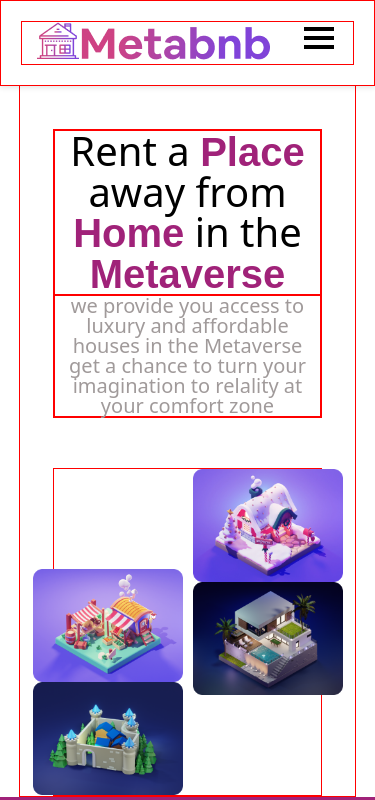
Repository: trenzyfx1/Metabnb
Page: index.html
An editor plug-in stored every save of this project. The page is shown before and after a run of saves, followed by the edit.
The browser window is 375 px wide. The pictures show the whole page.
An inner scrolling area shows only its first screen.

Above is the page before, as saved 2025-05-12 15:20:18.

### index.html
<!DOCTYPE html>
<html lang="en">

<head>
    <meta charset="UTF-8">
    <meta name="viewport" content="width=device-width, initial-scale=1.0">
    <link rel="stylesheet" href="./style.css">
    <link rel="icon" href="/images/Capture.PNG" type="image/x-icon">
    <link rel="stylesheet" href="https://cdnjs.cloudflare.com/ajax/libs/font-awesome/4.7.0/css/font-awesome.min.css">
    <title>Metabnb</title>
</head>

<body>
    <header class="desktop-header">
        <a href="#" class="logo-container">
            <img class="logo" src="./images/logo.png" alt="logo">
        </a>
        <nav>
            <ul class="desktop-menu">
                <li><a class="a" href="home">Home</a></li>
                <li><a class="a" href="place to stay">Place to Stay</a></li>
                <li><a class="a" href="nfts">NFTs</a></li>
                <li><a class="a" href="community">Community</a></li>
            </ul>
        </nav>
        <div>
            <button type="button" class="connect">Connect Wallet</button>
        </div>
    </header>
    <header class="moblie-header">
        <nav class="navbar">
            <div>
                <a href="#" class="logo-container">
                    <img class="logo" src="./images/logo.png" alt="logo">
                </a>
            </div>
            <div class="menu-icon" id="menu-icon">
                <div class="line"></div>
                <div class="line"></div>
                <div class="line"></div>
            </div>
        </nav>
        <nav class="menu" id="menu">
            <ul>
                <li><a class="a" href="">Home</a></li>
                <li><a class="a" href="">Place to Stay</a></li>
                <li><a class="a" href="">NFTs</a></li>
                <li><a class="a" href="">Community</a></li>
            </ul>
            <div>
                <button type="button" class="connect">Connect Wallet</button>
            </div>
        </nav>
    </header>

    <section class="intro-section">
        <div class="body">
            <div class="welcome1">
                <h1 class="welcome">Rent a <span>Place</span> away from <span>Home</span> in the <span>Metaverse</span>
                </h1>
                <p class="p">we provide you access to luxury and affordable houses
                    in the Metaverse get a chance to turn your
                    imagination to relality at your comfort zone
                </p>
            </div>
            <div class="welcome2">
                <h1 class="welcome">Rent a <span>Place</span> away from <span>Home</span> in the <span>Metaverse</span>
                </h1>
                <p class="p">we provide you access to luxury and affordable houses
                    in the Metaverse get a chance to turn your
                    imagination to relality at your comfort zone
                </p>
            </div>
            <div class="input">
                <input type="text" placeholder=" Search for location">
                <button class="search" type="button">search</button>
            </div>
        </div>
        <div class="image-container">
            <div class="image-container1">
                <img src="./images/image1.png" alt="">
                <img src="./images/image3.png" alt="">
            </div>
            <div class="image-container2">
                <img src="./images/image2.png" alt="">
                <img src="./images/image4.png" alt="">
            </div>
        </div>
    </section>
    <section class="partners-section">
        <div class="section">
            <ul class="ul">
                <li>
                    <img class="logo1" src="./images/logo1.png" alt="1">
                    <p>MBToken</p>
                </li>
                <li>
                    <img class="logo2" src="./images/logo2.png" alt="2">
                    <p>METAMASK</p>
                </li>
                <li>
                    <img class="logo3" src="./images/logo3.png" alt="3">
                    <p> OpenSea</p>
                </li>
            </ul>
        </div>
    </section>
    <div class="desertking">
        <h2 class="h2">Inspiration for your next adventure</h2>
        <div class="desertking-cards">
            <div class="frame">
                <div class="heart">
                    <i class="fa fa-heart"></i>
                </div>
                <div class="img-div">
                    <img src="./images/Frame1.png" alt="places1">
                </div>
                <div class="div-text-cont">
                    <div class="div-text">
                        <p>Desert king</p>
                        <p>1MBT per night.</p>
                    </div>
                    <div class="div-text">
                        <p>1345km away</p>
                        <p>avaliable for two weeks stay.</p>
                    </div>
                </div>
                <div>
                    <ul class="star">
                        <li> <i class="fa fa-star"></i></li>
                        <li> <i class="fa fa-star"></i></li>
                        <li> <i class="fa fa-star"></i></li>
                        <li> <i class="fa fa-star"></i></li>
                        <li> <i class="fa fa-star"></i></li>
                    </ul>
                </div>
            </div>

            <div class="frame">
                <div class="heart">
                    <i class="fa fa-heart"></i>
                </div>
                <div class="img-div">
                    <img src="./images/Frame2.png" alt="places2">
                </div>
                <div class="div-text-cont">
                    <div class="div-text">
                        <p>Desert king</p>
                        <p>1MBT per night.</p>
                    </div>
                    <div class="div-text">
                        <p>1345km away</p>
                        <p>avaliable for two weeks stay.</p>
                    </div>
                </div>
                <div>
                    <ul class="star">
                        <li> <i class="fa fa-star"></i></li>
                        <li> <i class="fa fa-star"></i></li>
                        <li> <i class="fa fa-star"></i></li>
                        <li> <i class="fa fa-star"></i></li>
                        <li> <i class="fa fa-star"></i></li>
                    </ul>
                </div>
            </div>

            <div class="frame">
                <div class="heart">
                    <i class="fa fa-heart"></i>
                </div>
                <div class="img-div">
                    <img src="./images/Frame3.png" alt="places3">
                </div>
                <div class="div-text-cont">
                    <div class="div-text">
                        <p>Desert king</p>
                        <p>1MBT per night.</p>
                    </div>
                    <div class="div-text">
                        <p>1345km away</p>
                        <p>avaliable for two weeks stay.</p>
                    </div>
                </div>
                <div>
                    <ul class="star">
                        <li> <i class="fa fa-star"></i></li>
                        <li> <i class="fa fa-star"></i></li>
                        <li> <i class="fa fa-star"></i></li>
                        <li> <i class="fa fa-star"></i></li>
                        <li> <i class="fa fa-star"></i></li>
                    </ul>
                </div>
            </div>

            <div class="frame">
                <div class="heart">
                    <i class="fa fa-heart"></i>
                </div>
                <div class="img-div">
                    <img src="./images/Frame4.png" alt="places4">
                </div>
                <div class="div-text-cont">
                    <div class="div-text">
                        <p>Desert king</p>
                        <p>1MBT per night.</p>
                    </div>
                    <div class="div-text">
                        <p>1345km away</p>
                        <p>avaliable for two weeks stay.</p>
                    </div>
                </div>
                <div>
                    <ul class="star">
                        <li> <i class="fa fa-star"></i></li>
                        <li> <i class="fa fa-star"></i></li>
                        <li> <i class="fa fa-star"></i></li>
                        <li> <i class="fa fa-star"></i></li>
                        <li> <i class="fa fa-star"></i></li>
                    </ul>
                </div>
            </div>

            <div class="frame">
                <div class="heart">
                    <i class="fa fa-heart"></i>
                </div>
                <div class="img-div">
                    <img src="./images/Frame5.png" alt="places5">
                </div>
                <div class="div-text-cont">
                    <div class="div-text">
                        <p>Desert king</p>
                        <p>1MBT per night.</p>
                    </div>
                    <div class="div-text">
                        <p>1345km away</p>
                        <p>avaliable for two weeks stay.</p>
                    </div>
                </div>
                <div>
                    <ul class="star">
                        <li> <i class="fa fa-star"></i></li>
                        <li> <i class="fa fa-star"></i></li>
                        <li> <i class="fa fa-star"></i></li>
                        <li> <i class="fa fa-star"></i></li>
                        <li> <i class="fa fa-star"></i></li>
                    </ul>
                </div>
            </div>

            <div class="frame">
                <div class="heart">
                    <i class="fa fa-heart"></i>
                </div>
                <div class="img-div">
                    <img src="./images/Frame6.png" alt="places6">
                </div>
                <div class="div-text-cont">
                    <div class="div-text">
                        <p>Desert king</p>
                        <p>1MBT per night.</p>
                    </div>
                    <div class="div-text">
                        <p>1345km away</p>
                        <p>avaliable for two weeks stay.</p>
                    </div>
                </div>
                <div>
                    <ul class="star">
                        <li> <i class="fa fa-star"></i></li>
                        <li> <i class="fa fa-star"></i></li>
                        <li> <i class="fa fa-star"></i></li>
                        <li> <i class="fa fa-star"></i></li>
                        <li> <i class="fa fa-star"></i></li>
                    </ul>
                </div>
            </div>

            <div class="frame">
                <div class="heart">
                    <i class="fa fa-heart"></i>
                </div>
                <div class="img-div">
                    <img src="./images/Frame7.png" alt="places7">
                </div>
                <div class="div-text-cont">
                    <div class="div-text">
                        <p>Desert king</p>
                        <p>1MBT per night.</p>
                    </div>
                    <div class="div-text">
                        <p>1345km away</p>
                        <p>avaliable for two weeks stay.</p>
                    </div>
                </div>
                <div>
                    <ul class="star">
                        <li> <i class="fa fa-star"></i></li>
                        <li> <i class="fa fa-star"></i></li>
                        <li> <i class="fa fa-star"></i></li>
                        <li> <i class="fa fa-star"></i></li>
                        <li> <i class="fa fa-star"></i></li>
                    </ul>
                </div>
            </div>

            <div class="frame">
                <div class="heart">
                    <i class="fa fa-heart"></i>
                </div>
                <div class="img-div">
                    <img src="./images/Frame8.png" alt="places8">
                </div>
                <div class="div-text-cont">
                    <div class="div-text">
                        <p>Desert king</p>
                        <p>1MBT per night.</p>
                    </div>
                    <div class="div-text">
                        <p>1345km away</p>
                        <p>avaliable for two weeks stay.</p>
                    </div>
                </div>
                <div>
                    <ul class="star">
                        <li> <i class="fa fa-star"></i></li>
                        <li> <i class="fa fa-star"></i></li>
                        <li> <i class="fa fa-star"></i></li>
                        <li> <i class="fa fa-star"></i></li>
                        <li> <i class="fa fa-star"></i></li>
                    </ul>
                </div>
            </div>
        </div>
    </div>
    <div class="NFTs">
        <div class="NFTs-container">
            <div class="desktop-nfts">
                <h1 class="section3">Metabnb NFTs</h1>
                <p class="discover">discover your NFTs gift cards collections, loyal <br>
                    costomers get amazing gift cars which are <br>
                    traded as NFTs, these NFTs gives our costomers access <br>
                    to loads of our exclusive services.
                </p>
                <button type="button" class="learn-more">learn more</button>
            </div>
            <div class="moblie-nfts-480">
                <h1 class="section3">Metabnb NFTs</h1>
                <p class="discover">discover your NFTs gift cards collections, loyal <br>
                    costomers get amazing gift cars which are <br>
                    traded as NFTs, these NFTs gives our costomers access <br>
                    to loads of our exclusive services.
                </p>
                <button type="button" class="learn-more">learn more</button>
            </div>
            <div class="moblie-nfts-768">
                <h1 class="section3">Metabnb NFTs</h1>
                <p class="discover">discover your NFTs gift cards collections, loyal <br>
                    costomers get amazing gift cars which are <br>
                    traded as NFTs, these NFTs gives our costomers access <br>
                    to loads of our exclusive services.
                </p>
                <button type="button" class="learn-more">learn more</button>
            </div>
        </div>
        <div class="rooms">
            <img src="./images/rooms.png" alt="rooms">
        </div>
    </div>
    <footer>
        <div class="footer-items ">
            <div class="home">
                <img class="home" src="./images/Vector2.png" alt="NFTs">
                <h1 class="footer">Metabnb</h1>
            </div>
            <div class="facebook">
                <img src="./images/facebook.png" alt="facebook"><br>
                <img src="./images/instagram.png" alt="IG"><br>
                <img src="./images/twitter.png" alt="x">
            </div>
        </div>
        <div class="footer-links">
            <div class="footer-container footer-mobile">
                <h2>hub</h2>
                <a href="">NFT</a>
                <a href="">tokens</a>
                <a href="">discord</a>
                <a href="">landlords</a>
            </div>
            <div class="footer-container footer-mobile">
                <h2>places</h2>
                <a href="">farms</a>
                <a href="">beach</a>
                <a href="">learn</a>
                <a href="">castle</a>
            </div>
            <div class="footer-container footer-mobile">
                <h2>about</h2>
                <a href="">road</a>
                <a href="">creators</a>
                <a href="">career</a>
                <a href="">contact</a>
            </div>
        </div>
        <h6 class="h6">@ 2022 Metabnb</h6>
    </footer>


    <script src="./moblie.js"></script>
</body>

</html>

### style.css
* {
    margin: 0;
    padding: 0;
    box-sizing: border-box;
    font-family: Arial, sans-serif;
  }

html,
body {
    padding: 0;
    margin: 0;
    width: 100%;
    height: 100vh;
    overflow-x: hidden;
    font-family: sans-serif;
    background-color: #fff;
    transition: background-color 0.3s, color 0.3s;
    scroll-behavior: smooth;
}

.desktop-header,
nav,
.desktop-menu,
.intro-section,
.input,
.star {
    display: flex;
    flex-direction: row;

}

.desktop-header {
    justify-content: space-between;
    padding: 30px 100px;
}

.moblie-header {
    display: none;
}



ul,
li {
    justify-content: center;
    align-items: center;
    gap: 50px;


}



.a {
    text-decoration: none;
    color: #000;
}

li {
    list-style: none;
}


.connect {
    border: none;
    border-radius: 10px;
    background-color: #A02279;
    color: #fff;
    height: 48px;
    width: 170px;
    cursor: pointer;
    transition: background-color 0.5s ease, transform 0.3s ease ;

}

.moblie-header .connect {
    border: none;
    border-radius: 10px;
    background-color: #fff;
    color: #000;
    height: 48px;
    width: 100px;
    cursor: pointer
}

.welcome2 {
    display: none;
}

.intro-section {
    margin: 100px;
    justify-content: space-between;
    /* max-height: 459px; */
    font-family: sans-serif;
}

.intro-section .body {
    width: 646px;
    display: flex;
    flex-direction: column;
    gap: 30px;
}

.intro-section .body h1 {
    font-weight: 500;
    font-size: 50px;
    line-height: 1;

}

.intro-section .body p {
    font-size: 20px;
    color: #a09a9a;

}

span {
    color: #A02279;
    font-weight: bold;
}



.intro-section .body .input input {
    width: 220px;
    padding-top: 10px;
    padding-bottom: 10px;
    border-radius: 3px;
    border: 2.5px solid whitesmoke;
}

.search {
    border: none;
    border-radius: 3px;
    background-color: #A02279;
    color: #fff;
    height: 38px;
    width: 130px;
    cursor: pointer;
    transition: background-color 0.5s ease, transform 0.3s ease ;
}

.intro-section .image-container {
    display: flex;
    flex-direction: row;
    gap: 10px;
}

.intro-section .image-container .image-container1 {
    margin-top: 100px;
    display: flex;
    flex-direction: column;


}

.intro-section .image-container .image-container2 {
    display: flex;
    flex-direction: column;

}

.partners-section {
    background-color: #A02279;
    color: #fff;
}

.partners-section .section ul {
    display: flex;
    flex-direction: row;
    gap: 10px;
    justify-content: space-around;
}

.partners-section .section ul li {
    display: flex;
    flex-direction: row;
    gap: 10px;
    font-weight: bold;
    font-family: sans-serif;

}


.desertking {
    /* margin: 100px; */
    margin: 50px;
}

.h2 {
    text-align: center;
    font-family: sans-serif;
}



.desertking-cards {
    display: flex;
    flex-direction: row;
    gap: 20px;
    flex-wrap: wrap;

}

.frame {
    background-color: #fff;
    padding: 20px;
    border-radius: 15px;
    border: 0.5px solid #000;
    position: relative;
    max-width: 100%;
    box-shadow: 0 4px 6px rgba(0, 0, 0, 0.1);
    transition: transform 0.5s ease, box-shadow 0.3s ease;
}

.frame:hover {
    transform: scale(1.05);
    box-shadow: 0 8px 12px rgba(0, 0, 0, 0.2);
}

.frame .img-div {
    max-width: 100%;
}

.frame .img-div img {
    width: 100%;
}


.div-text {
    display: flex;
    flex-direction: row;
    justify-content: space-around;
    gap: 5px;
    font-size: 16px;
    max-width: 100%;
}

.heart {
    position: absolute;
    left: 265px;
    top: 29px;
    font-size: 25px;
    color: #fff;
}

.star {
    display: flex;
    gap: 10px;
    color: #A02279;
    justify-content: left;
    padding: 0%;

}

.moblie-nfts-768, .moblie-nfts-480 {
    display: none;
}

.desktop-nfts {
    display: flex;
    flex-direction: column;
}


.NFTs {
    background-color: #A02279;
    color: #fff;
    padding: 60px 100px;
    display: flex;
    flex-direction: row;
    justify-content: space-between;
    line-height: 40px;
    max-width: 100%;
}

.NFTs .NFTs-container {
    margin-top: 150px;
}

.learn-more {
    border: none;
    border-radius: 7px;
    background-color: #fff;
    color: #A02279;
    height: 38px;
    width: 130px;
    cursor: pointer;
    transition: background-color 0.5s ease, transform 0.3s ease ;

}

button:hover {
    background-color: red;
    color: #000;
    transform: scale(1.1);
}


footer {
    background-color: #000;
    color: #fff;
    display: flex;
    flex-direction: row;
    padding: 50px 100px;
    justify-content: space-between;
    align-items: center;
    max-width: 100%;
    text-transform: capitalize;
}

footer .footer-links {
    display: flex;
    flex-direction: row;
    justify-content: space-between;
    width: 70%;
}


.home {
    display: flex;
    flex-direction: row;
    align-items: center;
}


.footer-container {
    display: flex;
    flex-direction: column;
    gap: 20px;
    justify-content: space-between;
    line-height: 20px;

}

a {
    color: #fff;
    text-decoration: none;
}


footer .footer-items .facebook,
.h6 {
    display: flex;
    flex-direction: row;
    justify-content: space-between;
    gap: 10px;
    cursor: pointer;
    margin: 50px 0;
}

@media (max-width: 1000px) {

    .full-body {
        max-width: 100%;
    }

    .desktop-header {
        display: none;
    }

    .moblie-header {
        padding: 20px;
        display: flex;
        flex-direction: row;
        justify-content: space-between;
        position: fixed;
        top: 0;
        left: 0;
        width: 100%;
        border: 1px solid red;
        z-index: 1000;
        box-shadow: 0 2px 5px rgb(0, 0, 0, 0.1);
        background-color: #fff;

    }

    .moblie-header .navbar {
        display: flex;
        flex-direction: row;
        border: 1px solid red;
        width: 100%;
        justify-content: space-between;
        /* gap: 100%; */

    }

    .moblie-header .menu-icon .line {
        width: 30px;
        height: 4px;
        background-color: #000;
        margin: 5px;
    }

    .menu {
        display: none;
        gap: 10px;
        flex-direction: column;
        padding: 10px 20px;
        margin: 0;
        background-color: #A02279;
        position: absolute;
        top: 70px;
        right: 0;
        width: 50%;
        border-radius: 5px;
    }

    .a {
        color: #fff;
        line-height: 2;
    }

    .moblie-header .menu.active {
        display: flex;
    }

    .intro-section {
        margin: auto;
        text-align: center;
        padding-top: 8pc;
    }

    .body, .image-container {
        width: 80% !important;
        margin: auto;
        text-align: center;
    }

    .welcome1 {
        display: none;
    }

    .welcome2 {
        display: flex;
        flex-direction: column;
        gap: 0;
    }

    .input {
        margin: auto;
        /* align-items: center; */
    }


    .image-container {
        margin: 20px auto;
        display: flex;
        justify-content: center;
        /* max-width: 100%; */
        /* margin-left: 70px; */

    }

    .image-container1 img,
    .image-container2 img {
        width: 200px !important;
    }


    .body,
    .welcome,
    .p {
        /* font-size: 10px;
        width: 300px; */
        text-align: center;
        font-family: system-ui, -apple-system, BlinkMacSystemFont, 'Segoe UI', Roboto, Oxygen, Ubuntu, Cantarell, 'Open Sans', 'Helvetica Neue', sans-serif;
        line-height: 1;
    }


    /* .body,
    .partners-section {
        max-width: 100%;

    } */

    .partners-section {
        /* margin-top: 650px; */
        width: 100%;
        /* padding-right: 200px; */
    }

    .intro-section,
    .NFTs {
        flex-direction: column;
        gap: 50px;
    }

    .desertking {
        margin: 50px;
    }


    .heart {
        display: none;
    }


    .desktop-nfts {
        display: none;
    }

    .moblie-nfts-480 {
        display: none;
    }

    .moblie-nfts-768 {
        display: flex;
        flex-direction: column;
        font-size: 25px;
    }

    .NFTs {
        padding-left: 20px;
        padding-top: 0px;
    }

    .NFTs-container {
        padding: 0;
        margin: 0;
    }

    .NFTs img {
        max-width: 100%;
        width: 100%;
    }

    footer {
        flex-wrap: wrap;
        max-width: 100%;
        padding-bottom: 0;
    }

    .footer-items {
        display: flex;
        flex-direction: row;
        gap: 100px;
        margin-left: -50px;
        /* font-size: 28px; */
    }

    footer .footer-links {
        gap: 50px;
        display: flex;
        flex-wrap: nowrap;
        padding: 30px;
        justify-content: center;
        text-align: center;
        /* font-size: 26px; */
    }

    footer .footer-links h2 {
        text-transform: capitalize;
        font-weight: lighter;
    }

}


@media (max-width: 480px) {

    body {
        max-width: 100% !important;
    }

    .desktop-header {
        display: none;
    }

    .moblie-header {
        padding: 20px;
        display: flex;
        flex-direction: row;
        gap: 60px;
        position: fixed;
        top: 0;
        left: 0;
        width: 100%;
        z-index: 1000;
        box-shadow: 0 2px 5px rgb(0, 0, 0, 0.1);
        background-color: #fff;

    }

    .moblie-header .menu-icon .line {
        width: 30px;
        height: 4px;
        background-color: #000;
        margin: 5px;
    }

    .menu {
        display: none;
        gap: 10px;
        flex-direction: column;
        padding: 10px 20px;
        margin: 0;
        background-color: #A02279;
        position: absolute;
        top: 70px;
        right: 0;
        width: 50%;
        border-radius: 5px;
    }

    .a {
        color: #fff;
        line-height: 2;
    }

    .moblie-header .menu.active {
        display: flex;
    }

    .navbar {
        display: flex !important;
        flex-direction: row !important;
        justify-content: space-around !important;
    }

    .input {
        display: none;
    }

    .image-container {
        border: 1px solid red;
        margin: auto;
    }


    .image-container1 img, .image-container2 img {
        width: 150px !important;
    }

    /* .image-container1,
    .image-container2 {
        width: 70%;
    } */

    .intro-section {
        width: 90%;
        margin: auto;
        padding-top: 8pc;
        border: 1px solid red;
    }

    .welcome {
        font-size: 40px !important;
    }


    .body,
    .welcome,
    .p {
        border: 1px solid red;
        font-size: 10px;
        width: 100%;
        text-align: center;
        /* margin-bottom: 30px; */
        font-family: system-ui, -apple-system, BlinkMacSystemFont, 'Segoe UI', Roboto, Oxygen, Ubuntu, Cantarell, 'Open Sans', 'Helvetica Neue', sans-serif;
        line-height: 1;
    }


    .body,
    .partners-section {
        max-width: 100%;

    }

    .partners-section {
        max-width: 100%;
        padding-right: 200px;
    }

    .intro-section,
    .NFTs {
        flex-direction: column;
        gap: 50px;
    }

    .desertking {
        /* max-width: 100%; */
        padding: 30px;
    }

    .heart {
        display: none;
    }

    .moblie-nfts-480 {
        display: flex;
        flex-direction: column;
    }

    .moblie-nfts-768 {
        display: none;
    }

    /* .desktop-nfts {
        display: flex;
        flex-direction: column;
    } */

    .NFTs {
        padding-left: 20px;
        padding-top: 0px;
    }

    .NFTs-container {
        padding: 0;
        margin: 0;
    }

    .NFTs img {
        max-width: 100%;
        width: 100%;
    }

    footer {
        flex-wrap: wrap;
        /* max-width: 100%; */
        padding-bottom: 0;
    }

    .footer-items {
        display: flex;
        flex-direction: row;
        gap: 100px;
        margin-left: -50px;
    }

    footer .footer-links {
        gap: 50px;
        display: flex;
        flex-wrap: nowrap;
        padding: 20px;
        justify-content: center;
        text-align: center;

    }

    footer .footer-links h2 {
        text-transform: capitalize;
        font-weight: lighter;
    }


}

### moblie.js
document.addEventListener("DOMContentLoaded", () => {
    const menuIcon = document.getElementById ("menu-icon");
    const menu = document.getElementById("menu");


    menuIcon.addEventListener("click", function() {
        menu.classList.toggle("active");

    });
});

After the next 5 saves:
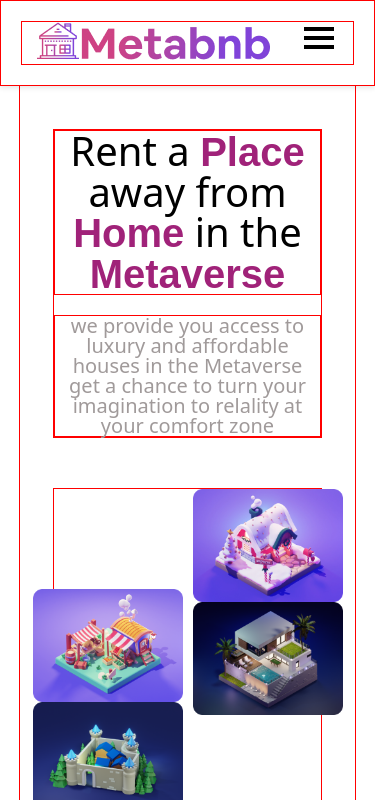
The 5 saves are shown as one change because they came seconds apart.
The last was saved 32 s later.
--- a/style.css
+++ b/style.css
@@ -649,6 +649,10 @@
         font-size: 40px !important;
     }
 
+       .welcome {
+        margin-bottom: 20px;
+       }
+
 
     .body,
     .welcome,
